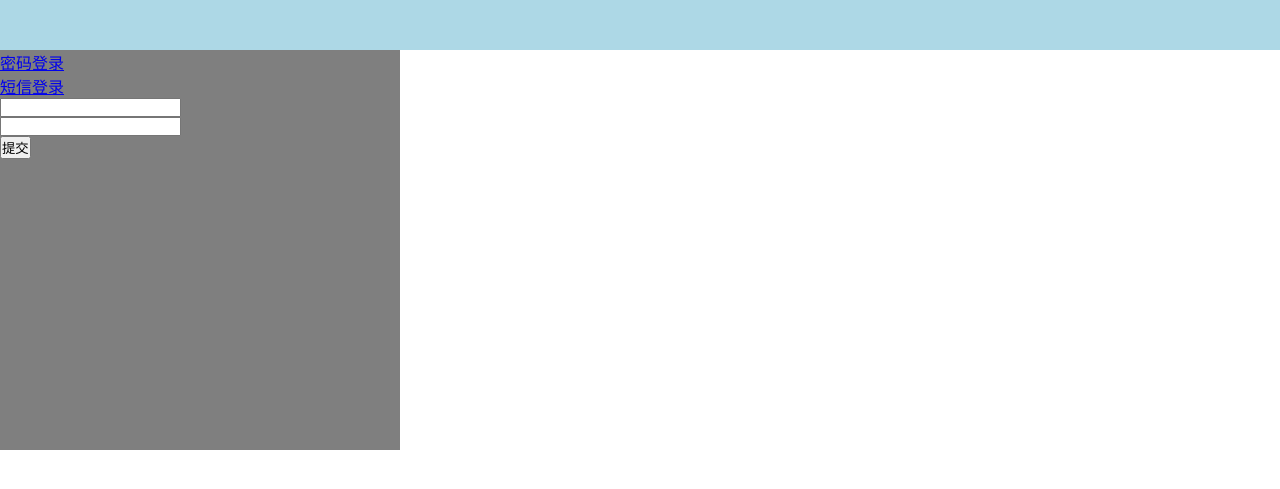
Repository: wxamlzm/campus0714
Page: views/login.html
An editor plug-in stored every save of this project. The page is shown before and after the next save, followed by the edit.
The browser window is 1280 px wide. The pictures show the whole page.

Above is the page before, as saved 2021-07-14 22:53:03.

### views/login.html
<!DOCTYPE html>
<html>
  <head>
    <meta charset='utf-8'>
    <title>注册页面</title>
    <link rel="stylesheet" href="./css/common.css">
  </head>
  <body>
    <header></header>
    <div class="login-box">
      <div class="login-container">
        <div class="login-title">
          <div><a href="#">密码登录</a></div>
          <div><a href="#">短信登录</a></div>
        </div>
        <div class="login-inpu">
          <div class="input-user">
            <input type="text">
          </div>
          <div class="input-upwd">
            <input type="password">
          </div>
        </div>
        <div class="btn">
          <button>提交</button>
        </div>
      </div>
    </div>
  </body>
  <script src="./js/login.js"></script>
</html>

### views/css/common.css
* {
  padding: 0;
  margin: 0;
}
header {
  height: 50px;
  background-color: lightblue;
}
.login-box {
  width: 400px;
  height: 400px;
  background-color: rgba(0,0,0,0.5);
}
.login-box .login-title > a {

}

Loaded but not shown: views/js/login.js (no stored copy; drawn as an empty file)

After the next save:
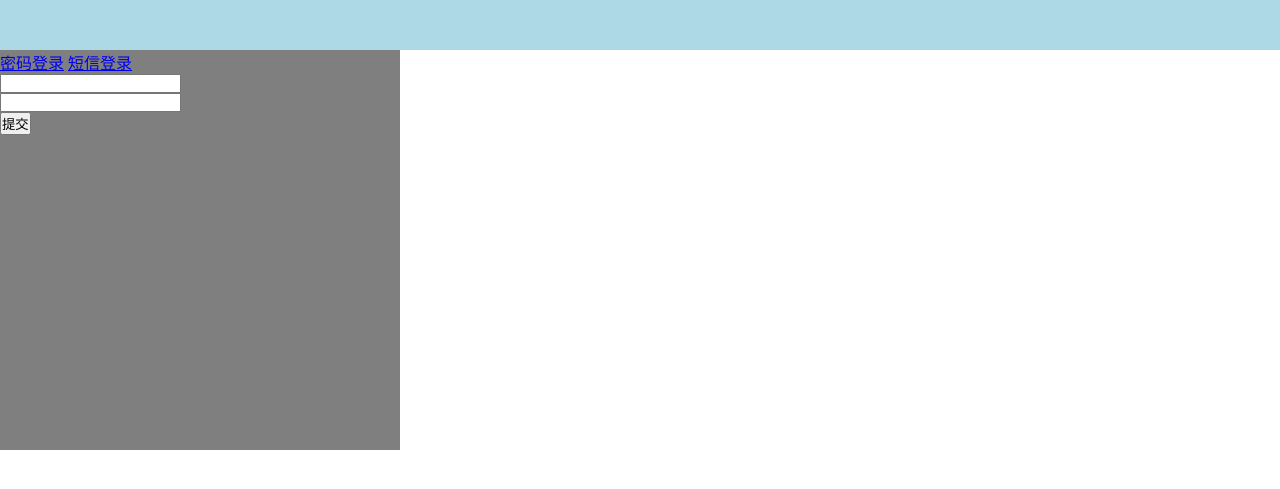
Saved 21 s later.
--- a/views/login.html
+++ b/views/login.html
@@ -10,8 +10,8 @@
     <div class="login-box">
       <div class="login-container">
         <div class="login-title">
-          <div><a href="#">密码登录</a></div>
-          <div><a href="#">短信登录</a></div>
+          <a href="#">密码登录</a>
+          <a href="#">短信登录</a>
         </div>
         <div class="login-inpu">
           <div class="input-user">
